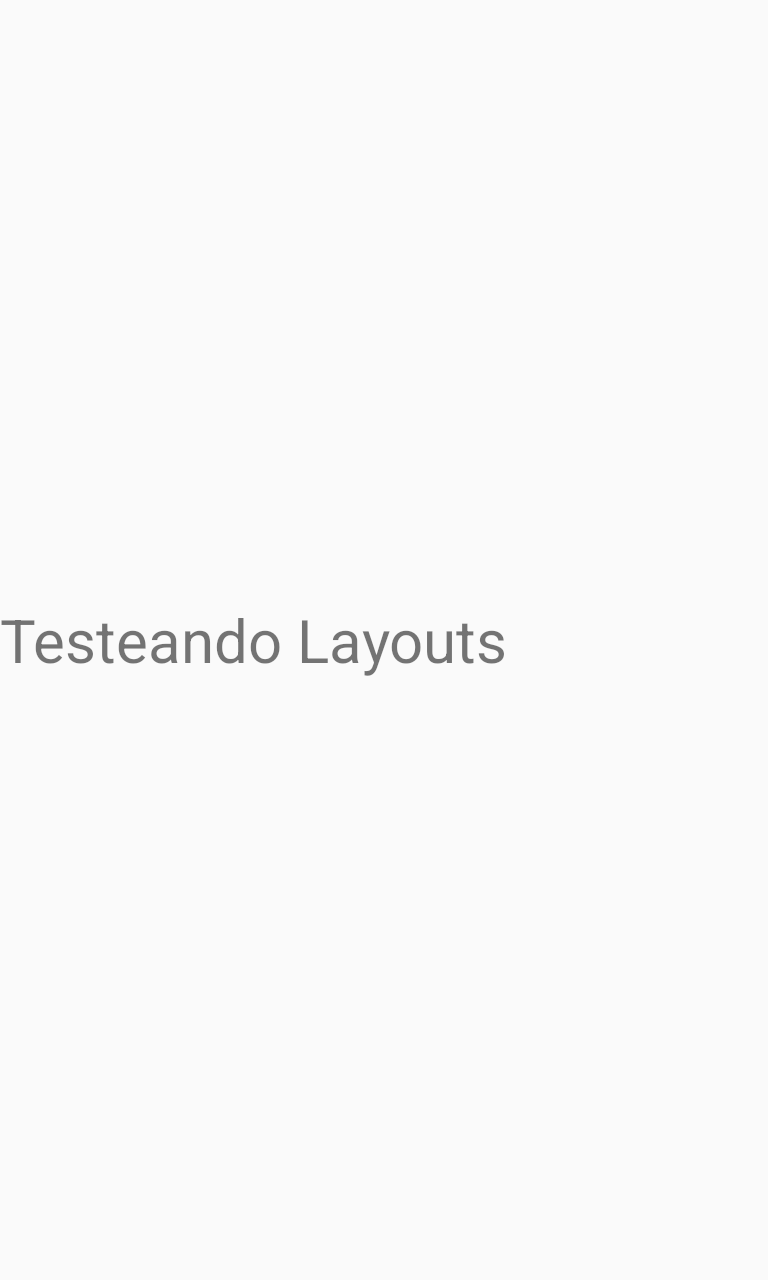
Repository: jromanz/android-projects
Layout: ListaAlumnos/res/layout/activity_frame_layout.xml
These files come from the project's save history. The layout is drawn as it stood at one moment and after the next save; the edit follows.
It is drawn on a 768 x 1280 px phone screen (xhdpi) without system bars, with theme AppTheme; the app's code is not run.

Above is the layout before, as saved 2014-08-28 23:12:04.

### ListaAlumnos/res/layout/activity_frame_layout.xml
<FrameLayout xmlns:android="http://schemas.android.com/apk/res/android"
    xmlns:tools="http://schemas.android.com/tools"
    android:layout_width="fill_parent"
    android:layout_height="fill_parent"
    tools:context="${relativePackage}.${activityClass}" >

    <TextView
        android:layout_width="wrap_content"
        android:layout_height="wrap_content"
        android:text="Testeando Layouts"
        android:textSize="30sp"
        android:layout_gravity="center_vertical"
        />

</FrameLayout>

Loaded but not shown: ListaAlumnos/res/values/styles.xml (common file); ListaAlumnos/res/values-v11/styles.xml (common file); ListaAlumnos/res/values-v14/styles.xml (common file)

After the next save:
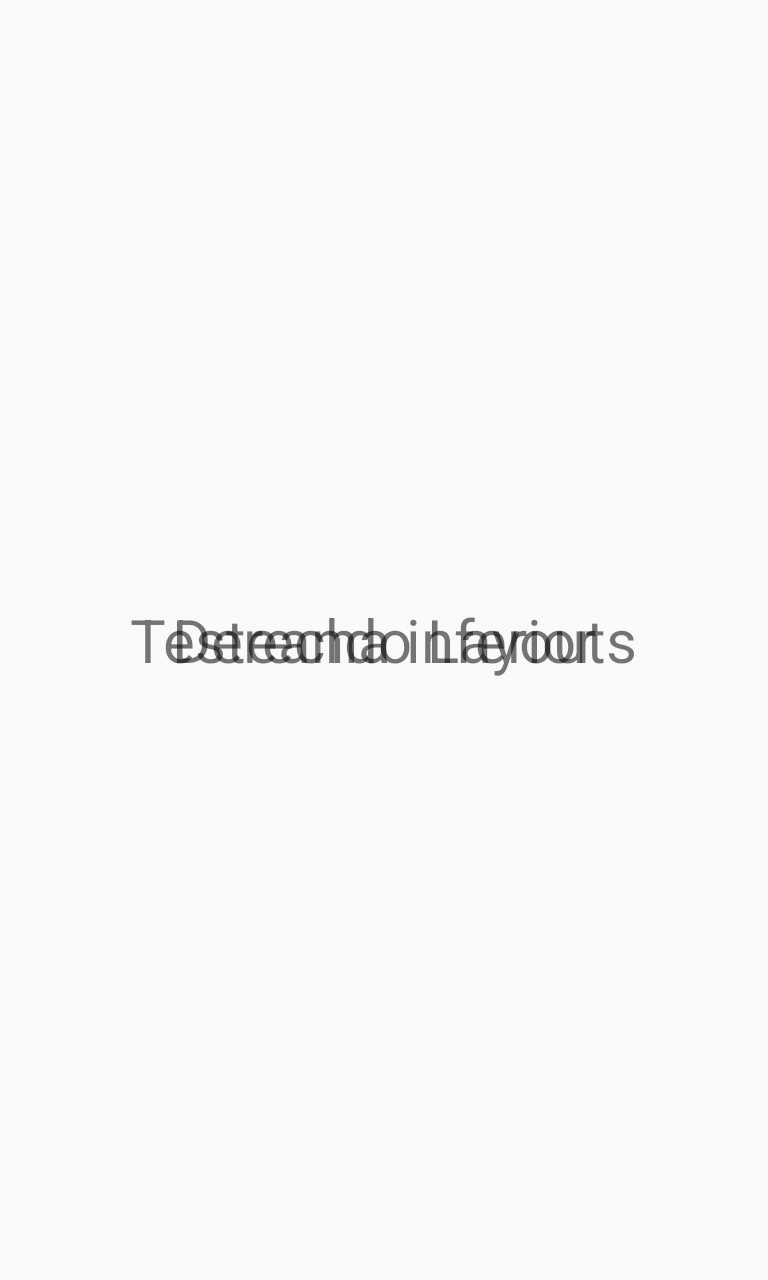
Saved 7 min 39 s later.
--- a/ListaAlumnos/res/layout/activity_frame_layout.xml
+++ b/ListaAlumnos/res/layout/activity_frame_layout.xml
@@ -9,7 +9,16 @@
         android:layout_height="wrap_content"
         android:text="Testeando Layouts"
         android:textSize="30sp"
-        android:layout_gravity="center_vertical"
+        android:layout_gravity="center"
+        />
+
+
+    <TextView
+        android:layout_width="wrap_content"
+        android:layout_height="wrap_content"
+        android:text="Derecha inferior"
+        android:textSize="30sp"
+        android:layout_gravity="center"
         />
 
 </FrameLayout>
